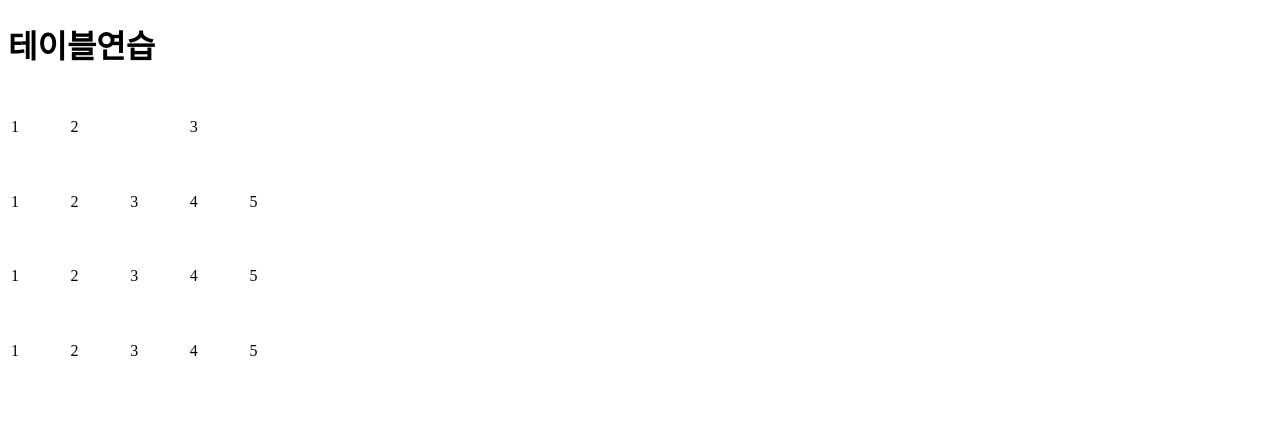
Repository: insunkang/JSP
Page: clientweb/WebContent/html/table2.html
These files come from the project's save history. The page is drawn as it stood at one moment and after the next save; the edit follows.
The browser window is 1280 px wide. The pictures show the whole page.

Above is the page before, as saved 2020-01-02 02:01:55.

### clientweb/WebContent/html/table2.html
<!DOCTYPE html>
<html>
<head>
<meta charset="EUC-KR">
<title>Insert title here</title>
</head>
<body>
<h1>테이블연습</h1>
	<table border="0.8" width="300" height="300">
		<tr>
			<td>1</td>
			<td colspan="2">2</td>

			<td colspan="2">3</td>

		</tr>
		<tr>
			<td>1</td>
			<td>2</td>
			<td>3</td>
			<td>4</td>
			<td>5</td>
		</tr>
		<tr>
			<td>1</td>
			<td>2</td>
			<td>3</td>
			<td>4</td>
			<td>5</td>
		</tr>
		<tr>
			<td>1</td>
			<td>2</td>
			<td>3</td>
			<td>4</td>
			<td>5</td>
		</tr>
	</table>
</body>
</html>

After the next save:
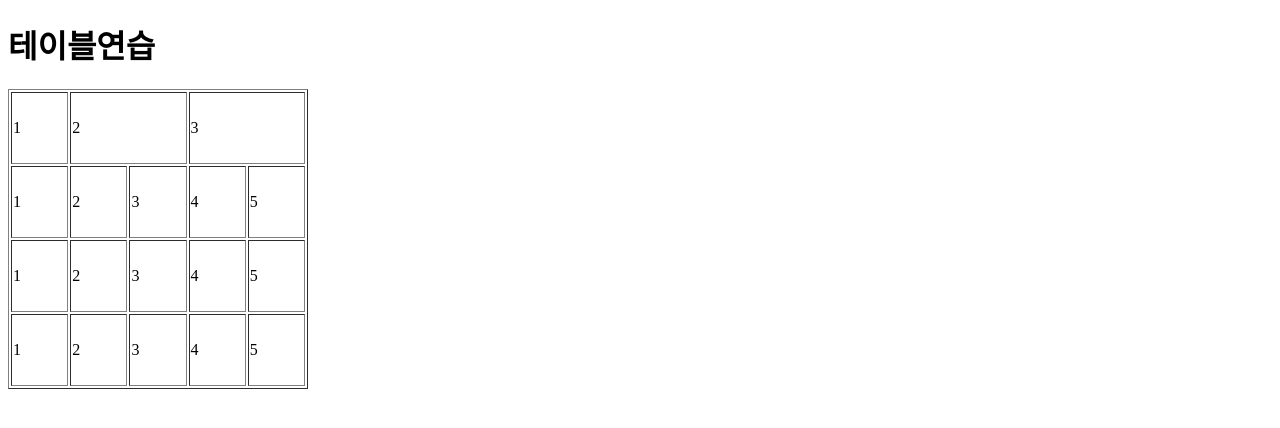
Saved 4 s later.
--- a/clientweb/WebContent/html/table2.html
+++ b/clientweb/WebContent/html/table2.html
@@ -6,7 +6,7 @@
 </head>
 <body>
 <h1>테이블연습</h1>
-	<table border="0.8" width="300" height="300">
+	<table border="1" width="300" height="300">
 		<tr>
 			<td>1</td>
 			<td colspan="2">2</td>
